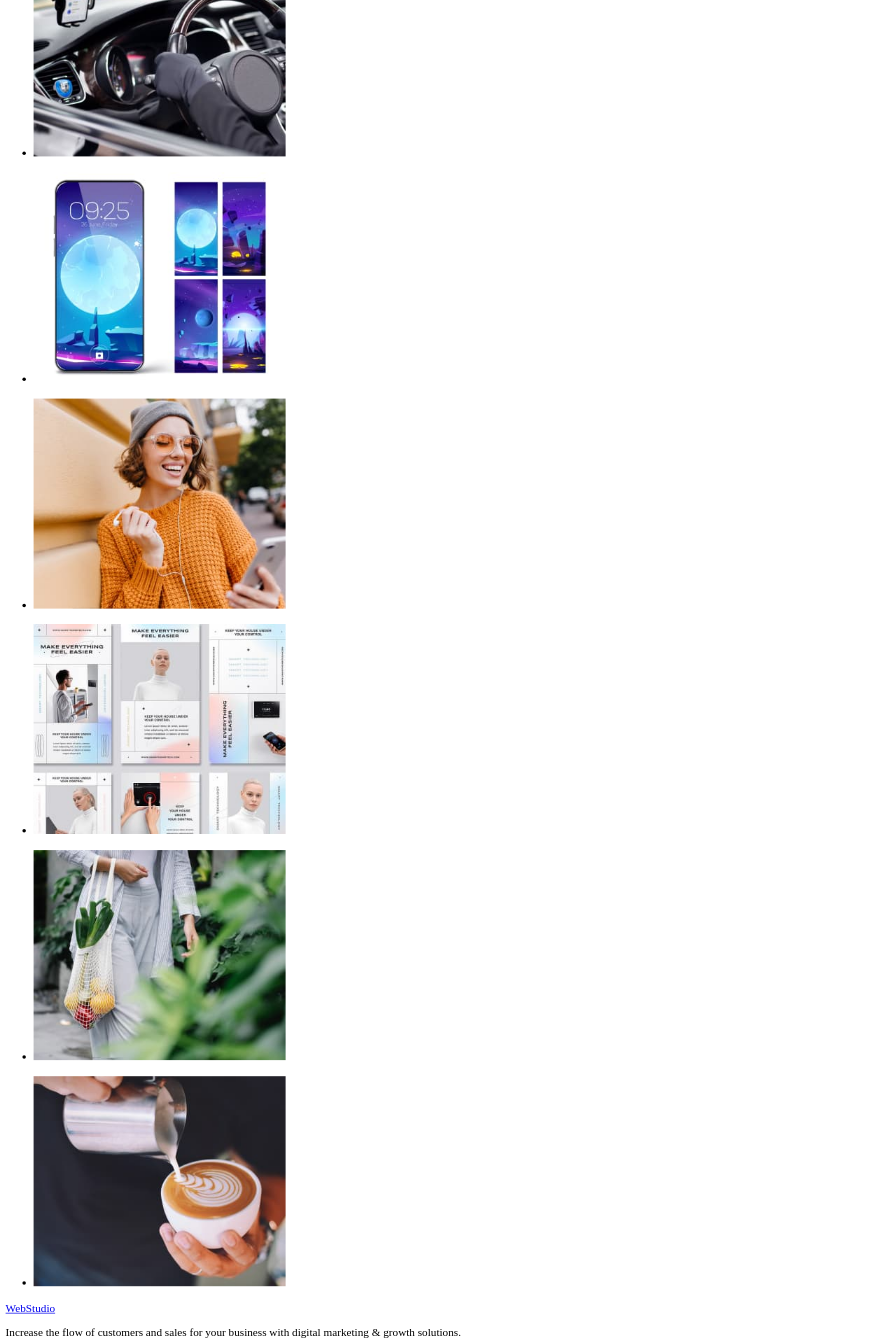
Repository: GrishchenkoNataliya/goit-markup-hw-02
Page: portfolio/indtx.html
An editor plug-in stored every save of this project. The page is shown before and after the next save, followed by the edit.
The browser window is 1280 px wide. The pictures show the part of the page from y = 1539 to 3459 px (the page is 3467 px tall before and 3507 px after), at 70% of full size.

Above is the page before, as saved 2023-02-27 13:59:20.

After the next save:
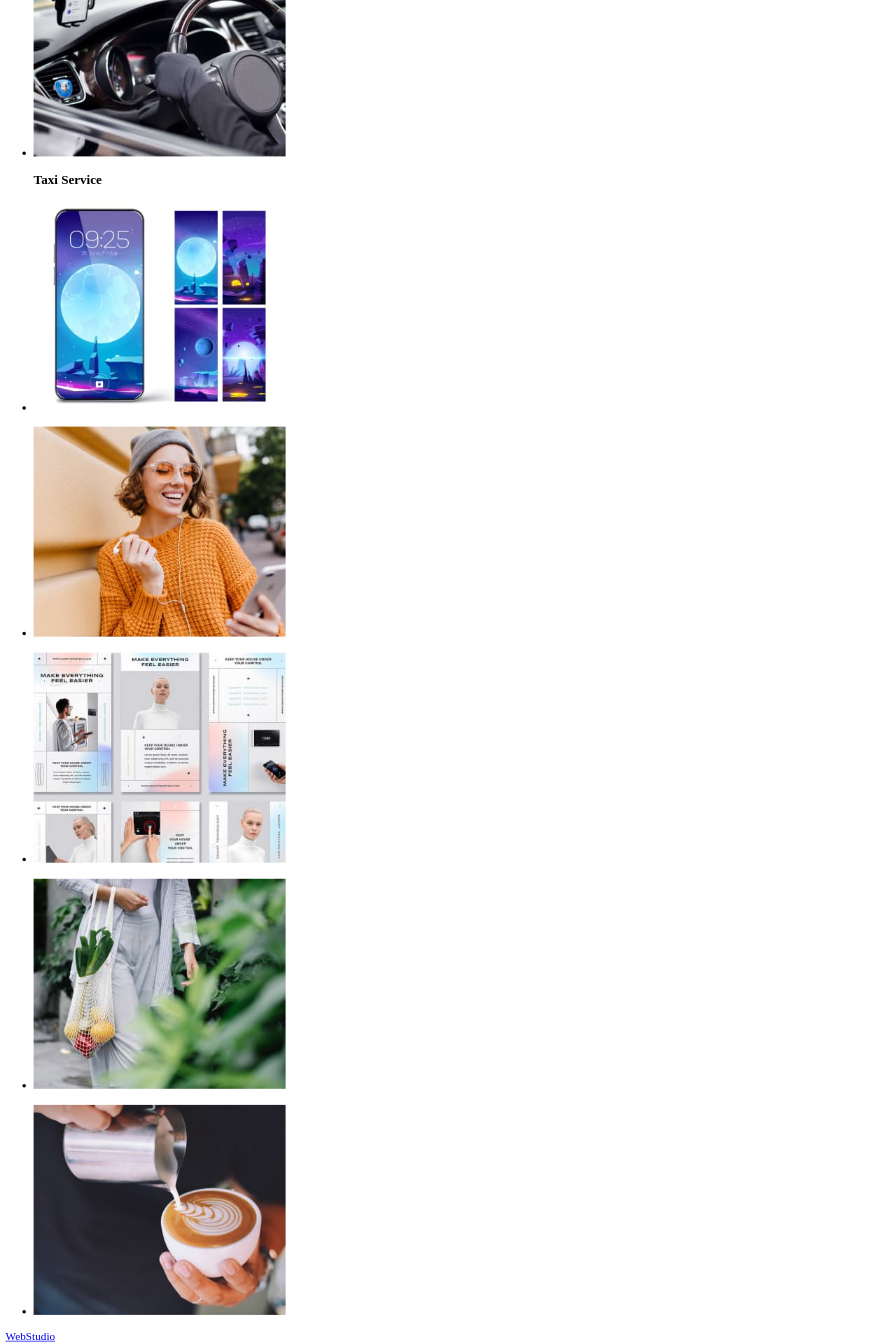
Saved 7 h 25 min later.
--- a/portfolio/indtx.html
+++ b/portfolio/indtx.html
@@ -78,8 +78,8 @@
                 </img>
             </li>
             <li>
-                <img src="../images/pages2/img4.jpg" alt="">
-                    <h3></h3>
+                <img src="../images/pages2/img4.jpg" alt="Taxi Service">
+                    <h3>Taxi Service</h3>
                     <p></p>
                 </img>
             </li>
